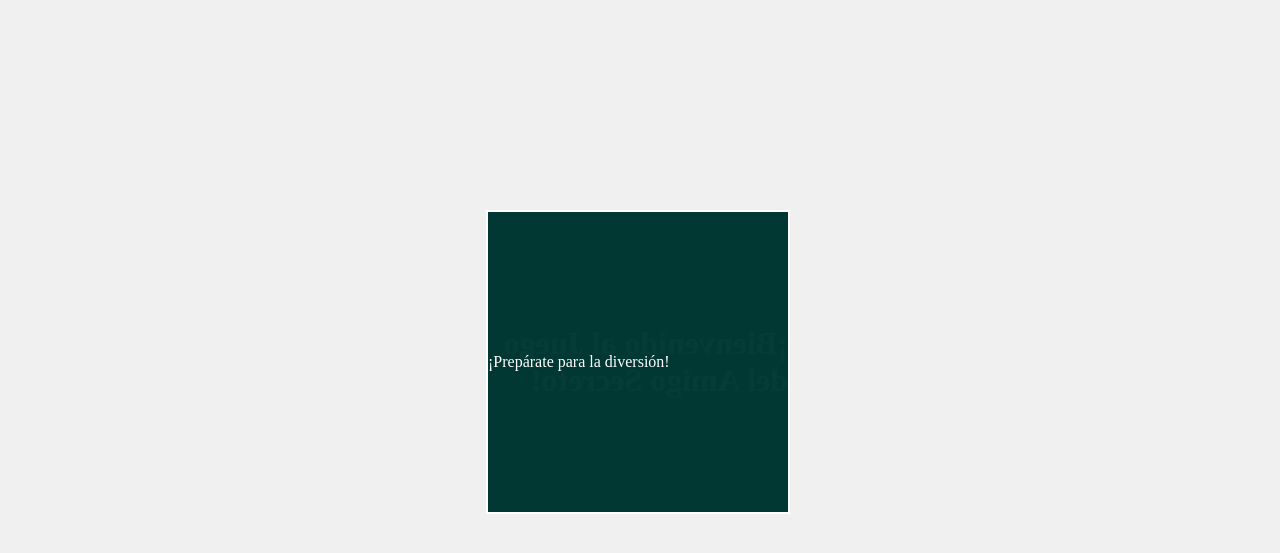
Repository: ye909/secreto
Page: inicio.html
An editor plug-in stored every save of this project. The page is shown before and after the next save, followed by the edit.
The browser window is 1280 px wide. The pictures show the whole page.

Above is the page before, as saved 2025-02-20 21:22:32.
Console error: TypeError: Cannot read properties of null (reading 'style')

### inicio.html
<!DOCTYPE html>
<html>
<head>
<title>Amigo Secreto 3D</title>
<link rel="stylesheet" href="inicio.css">
</head>
<body>
    <div class="scene">
        <div class="cube">
          <div class="face front">
            <h1>¡Bienvenido al Juego del Amigo Secreto!</h1>
          </div>
          <div class="face back">
            <p>¡Prepárate para la diversión!</p>
          </div>
          <div class="face right"></div>
          <div class="face left"></div>
          <div class="face top"></div>
          <div class="face bottom"></div>
        </div>
      </div>
  <script src="inicio.js"></script>
</body>
</html>

### inicio.css
body {
    perspective: 800px;
    background-color: #f0f0f0;
    display: flex;
    justify-content: center;
    align-items: center;
    height: 100vh;
    margin: 0;
    overflow: hidden; /* Evita barras de desplazamiento */
  }

  .scene {
    width: 300px;
    height: 300px;
    position: relative;
  }

  .cube {
    width: 100%;
    height: 100%;

    position: absolute;
    transform-style: preserve-3d;
    animation: rotateCube 10s linear infinite; /* Animación continua */
  }

  .face {
    position: absolute;
    width: 100%;
    height: 100%;
    display: flex;
    align-items: center;
    font-size: 1em;
    color: white;
    border: 2px solid white;
    /* Animación de entrada */
    opacity: 0;
    animation: fadeIn 1s ease-in-out forwards;
  }

  /* Posiciona cada cara del cubo */
  .front  { transform: translateZ(150px); background-color: rgba(21, 73, 2, 0.98) }
  .back   { transform: rotateY(180deg) translateZ(150px); background-color: rgba(2, 57, 53, 0.98) }
  .right  { transform: rotateY(90deg) translateZ(150px); background-color: rgba(73, 3, 65, 0.98)}
  .left   { transform: rotateY(-90deg) translateZ(150px);background-color: rgba(242, 6, 214, 0.98) }
  .top    { transform: rotateX(90deg) translateZ(150px); }
  .bottom { transform: rotateX(-90deg) translateZ(150px); }

  /* Animaciones */
  @keyframes rotateCube {
    from { transform: rotateY(0deg); }
    to { transform: rotateY(360deg); }
  }

  @keyframes fadeIn {
    to { opacity: 1; }
  }

### inicio.js
// script.js
document.addEventListener('DOMContentLoaded', function() {
    setTimeout(function() {
        document.getElementById('message').style.display = 'none';
    }, 3000); // Desaparece después de 3 segundos (3000 milisegundos)
});

After the next save:
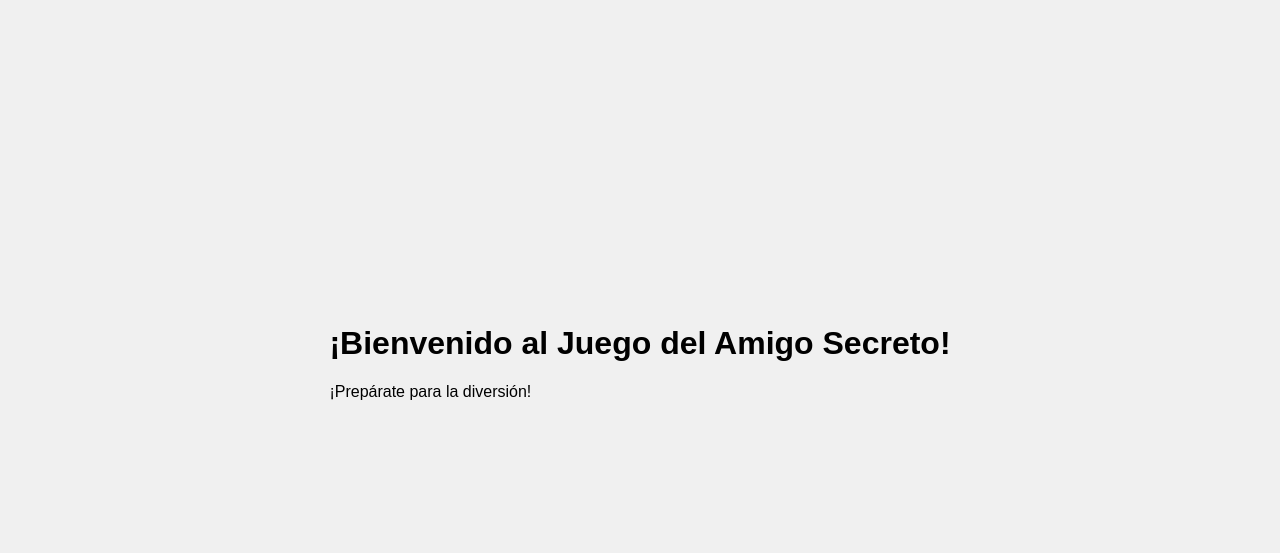
Saved 18 s later.
--- a/inicio.css
+++ b/inicio.css
@@ -1,57 +1,28 @@
-body {
-    perspective: 800px;
-    background-color: #f0f0f0;
+body, html {
+    height: 100%;
+    margin: 0;
     display: flex;
     justify-content: center;
     align-items: center;
-    height: 100vh;
-    margin: 0;
-    overflow: hidden; /* Evita barras de desplazamiento */
-  }
+    background-color: #f0f0f0;
+    font-family: Arial, sans-serif;
+}
 
-  .scene {
-    width: 300px;
-    height: 300px;
-    position: relative;
-  }
+.container {
+    text-align: center;
+}
 
-  .cube {
-    width: 100%;
-    height: 100%;
+#message {
+    font-size: 2em;
+    color: #333;
+    opacity: 0;
+    transform: translateY(-20px);
+    animation: fadeIn 1s ease-out forwards;
+}
 
-    position: absolute;
-    transform-style: preserve-3d;
-    animation: rotateCube 10s linear infinite; /* Animación continua */
-  }
-
-  .face {
-    position: absolute;
-    width: 100%;
-    height: 100%;
-    display: flex;
-    align-items: center;
-    font-size: 1em;
-    color: white;
-    border: 2px solid white;
-    /* Animación de entrada */
-    opacity: 0;
-    animation: fadeIn 1s ease-in-out forwards;
-  }
-
-  /* Posiciona cada cara del cubo */
-  .front  { transform: translateZ(150px); background-color: rgba(21, 73, 2, 0.98) }
-  .back   { transform: rotateY(180deg) translateZ(150px); background-color: rgba(2, 57, 53, 0.98) }
-  .right  { transform: rotateY(90deg) translateZ(150px); background-color: rgba(73, 3, 65, 0.98)}
-  .left   { transform: rotateY(-90deg) translateZ(150px);background-color: rgba(242, 6, 214, 0.98) }
-  .top    { transform: rotateX(90deg) translateZ(150px); }
-  .bottom { transform: rotateX(-90deg) translateZ(150px); }
-
-  /* Animaciones */
-  @keyframes rotateCube {
-    from { transform: rotateY(0deg); }
-    to { transform: rotateY(360deg); }
-  }
-
-  @keyframes fadeIn {
-    to { opacity: 1; }
-  }
+@keyframes fadeIn {
+    to {
+        opacity: 1;
+        transform: translateY(0);
+    }
+}
